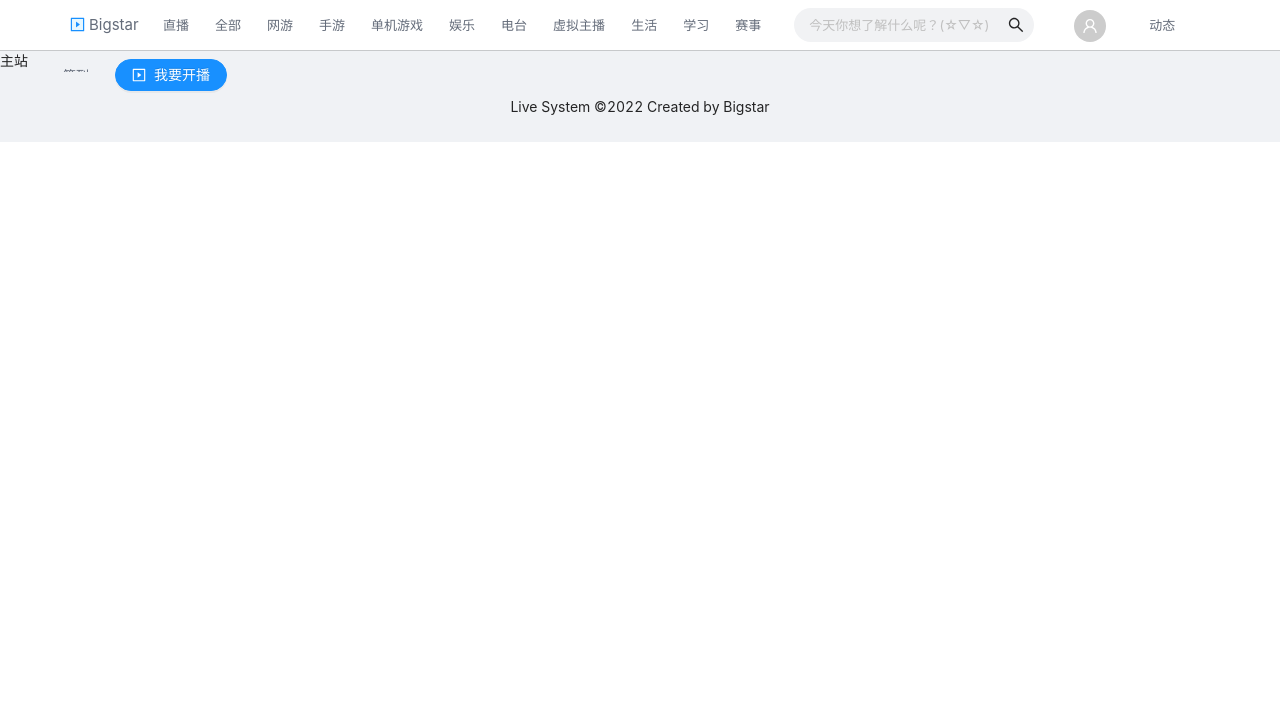
Repository: Bigstar-hyx/webrtc-react
Page: /
The author's editor kept a copy of each file at every save. The page is drawn from the files as they stood at one save, then again after the next save.
The browser window is 1280 px wide. The pictures show the whole page.
The project was rebuilt for these pictures with package versions that can differ from the ones it lists, and the page was loaded fresh each time. Also part of the build but not shown: craco.config.js, webpack.config.js, src/pages/live/Index.css, src/pages/live/component/Content/Video/video.css, src/pages/live/component/Content/Video/Video.js, src/pages/live/component/Content/Comments/comments.css, src/pages/live/component/Content/Comments/TalkSend.js, src/pages/live/component/Content/Comments/Talk.js and 7 more.

Above is the page before, as saved 2022-02-19 20:33:05.

After the next save:
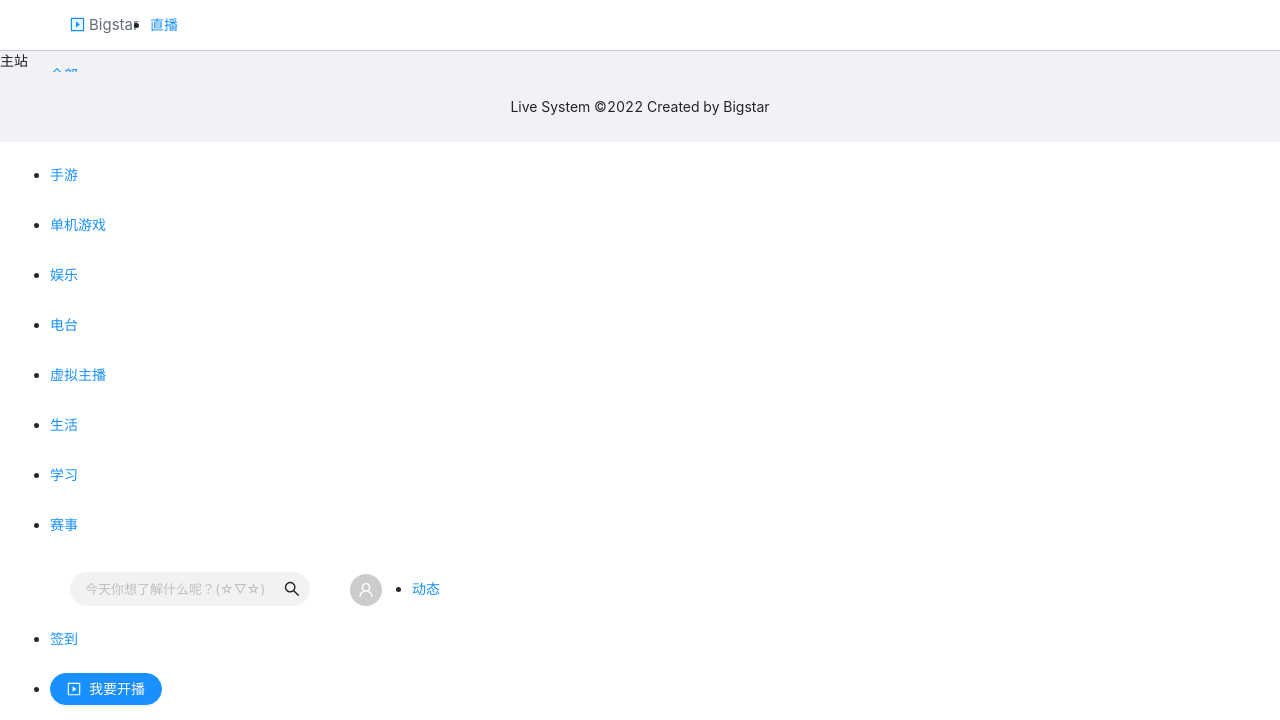
Saved 2 min 8 s later.
--- a/src/top/component/top-menu.css
+++ b/src/top/component/top-menu.css
@@ -1,4 +1,4 @@
-ul {
+/* ul {
   margin: auto;
 }
 ul li a {
@@ -14,7 +14,7 @@
 li a {
   margin: 0 5px;
   padding: 0 8px;
-}
+} */
 
 a {
   /* text-decoration: none; */

After the save that followed:
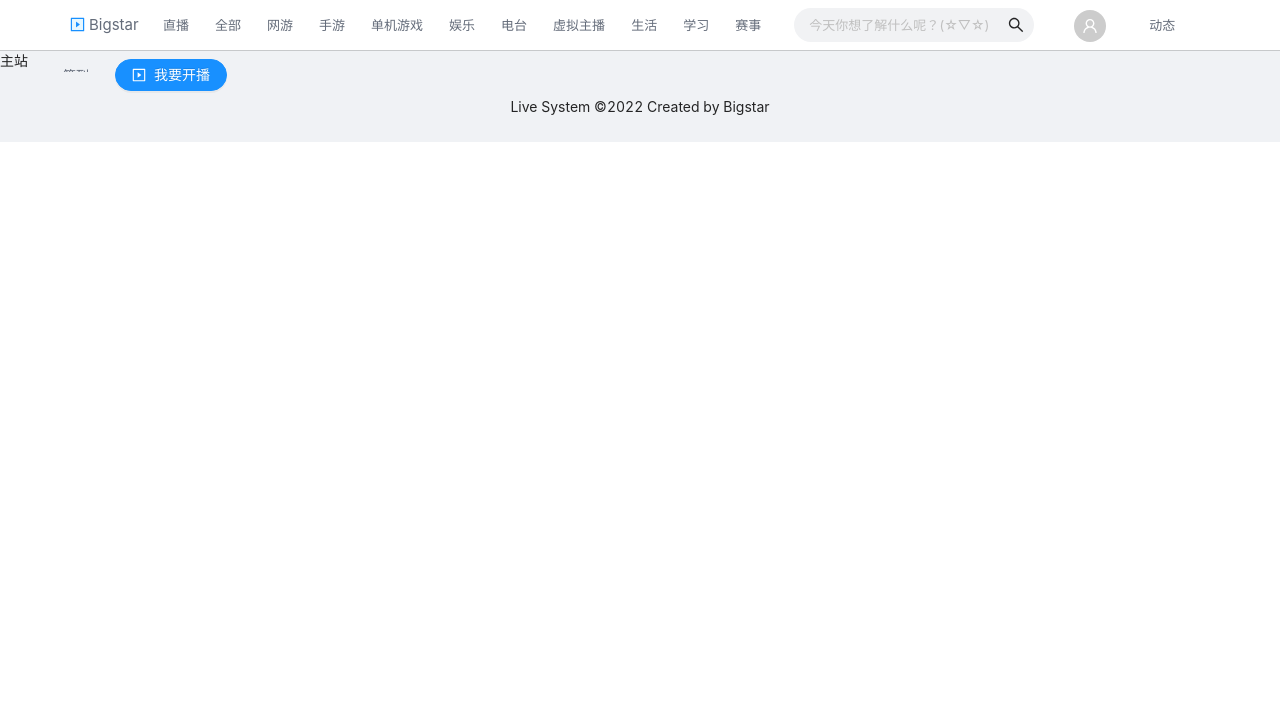
Saved 19 s later.
--- a/src/top/component/top-menu.css
+++ b/src/top/component/top-menu.css
@@ -1,4 +1,4 @@
-/* ul {
+ul {
   margin: auto;
 }
 ul li a {
@@ -14,7 +14,7 @@
 li a {
   margin: 0 5px;
   padding: 0 8px;
-} */
+}
 
 a {
   /* text-decoration: none; */
